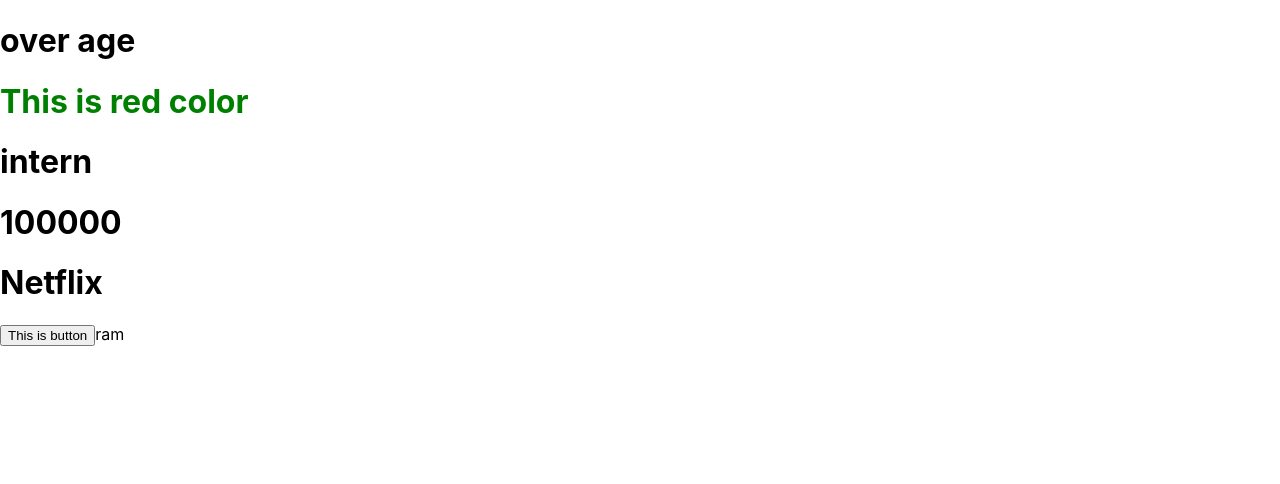
Repository: iamjayenmthakuri/todolist
Page: /
The author's editor kept a copy of each file at every save. The page is drawn from the files as they stood at one save, then again after the next save.
The browser window is 1280 px wide. The pictures show the whole page.
The project was rebuilt for these pictures with package versions that can differ from the ones it lists, and the page was loaded fresh each time.

Above is the page before, as saved 2022-09-18 22:46:47.

After the next save:
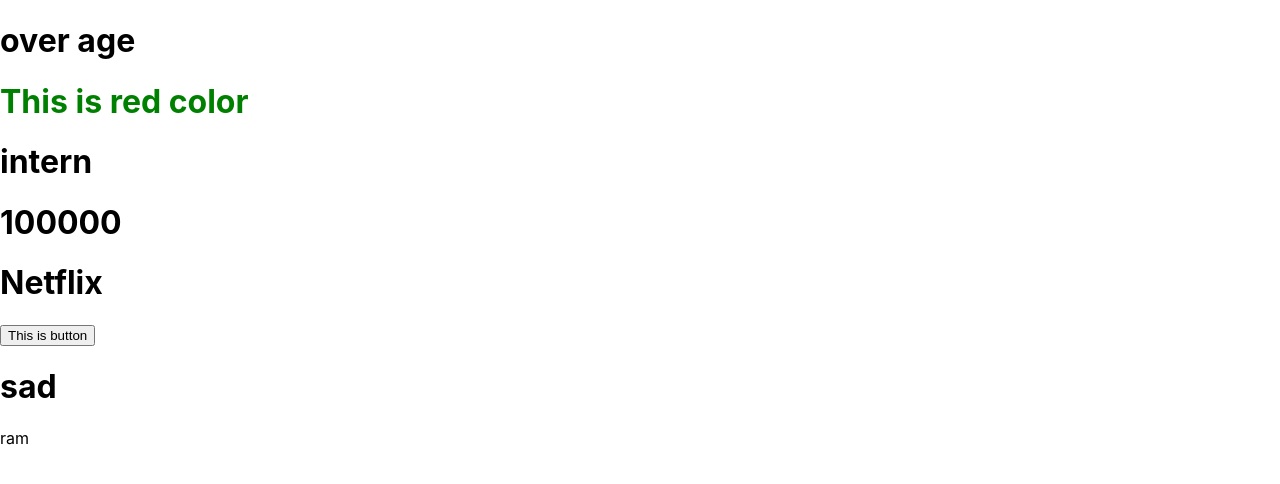
Saved 24 s later.
--- a/src/App.js
+++ b/src/App.js
@@ -20,6 +20,7 @@
     <h1>{props.salary}</h1>
     <h1>{props.company}</h1>
     {isGreen && <button> This is button</button>}
+    <h1>{name[3]}</h1>
     {name[1]}
     </>
 
